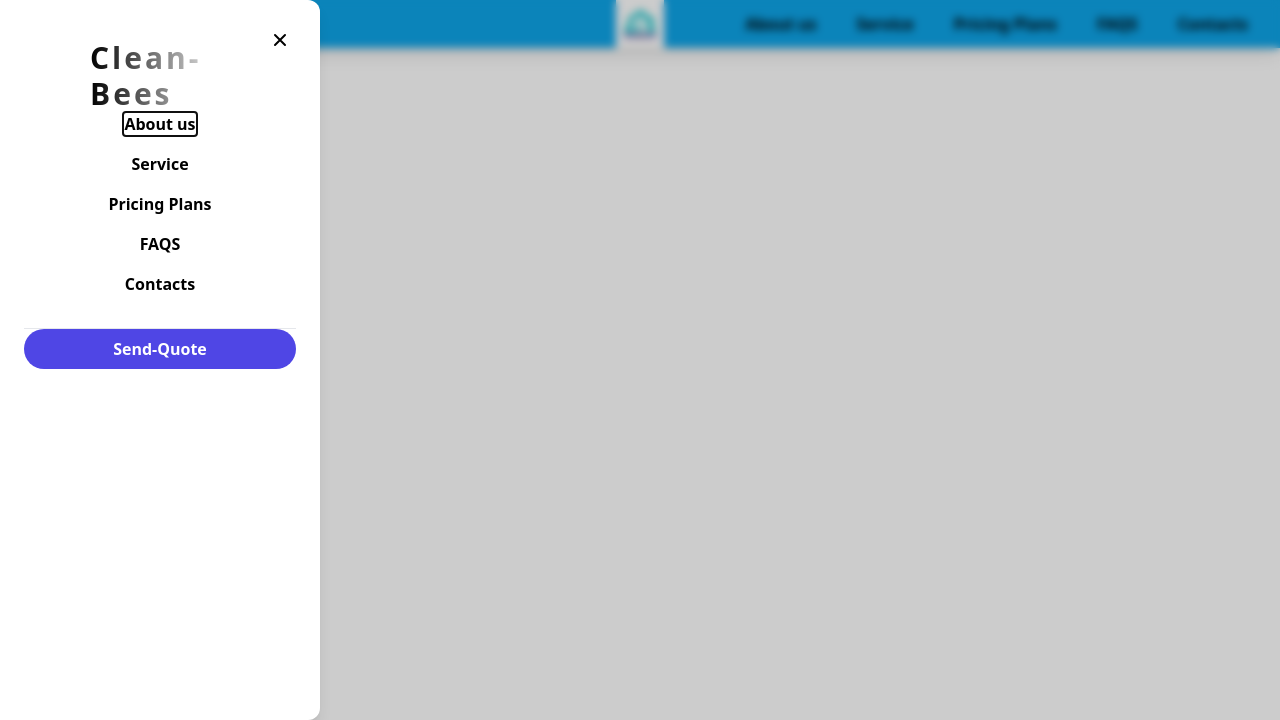
Repository: remydev47/cleanbees
Page: /
These files come from the project's save history. The page is drawn as it stood at one moment and after the next save; the edit follows.
The browser window is 1280 px wide. The pictures show the whole page.
The project was rebuilt for these pictures with package versions that can differ from the ones it lists, and the page was loaded fresh each time. The framework's server and built-in components were replaced by stand-ins that run in the browser. Also part of the build but not shown: next.config.js.

Above is the page before, as saved 2022-09-15 19:43:06.

After the next save:
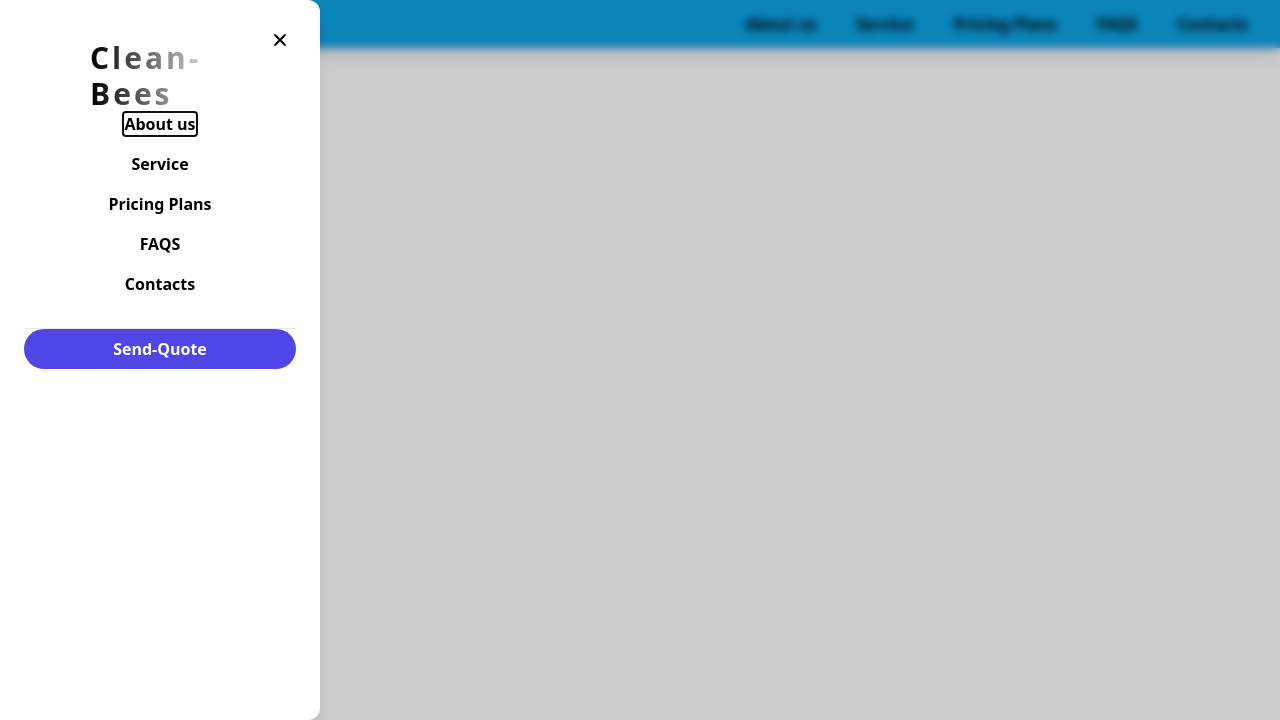
Saved 20 min 14 s later.
--- a/components/Header.tsx
+++ b/components/Header.tsx
@@ -12,11 +12,7 @@ export const Header = () => {
              <MenuPopOver />
           </div>
           <div className='flex grow-0 basis-1/3 justify-center md:justify-start'>
-            <Image
-              src='/img/cleanbeeslogo.png'
-              layout="fill"
-              objectFit="contain"
-            />
+
            </div>
            <ul className="list-none sm:flex hidden justify-end items-center flex-1">
             {navLinks.map((nav, index) => (
